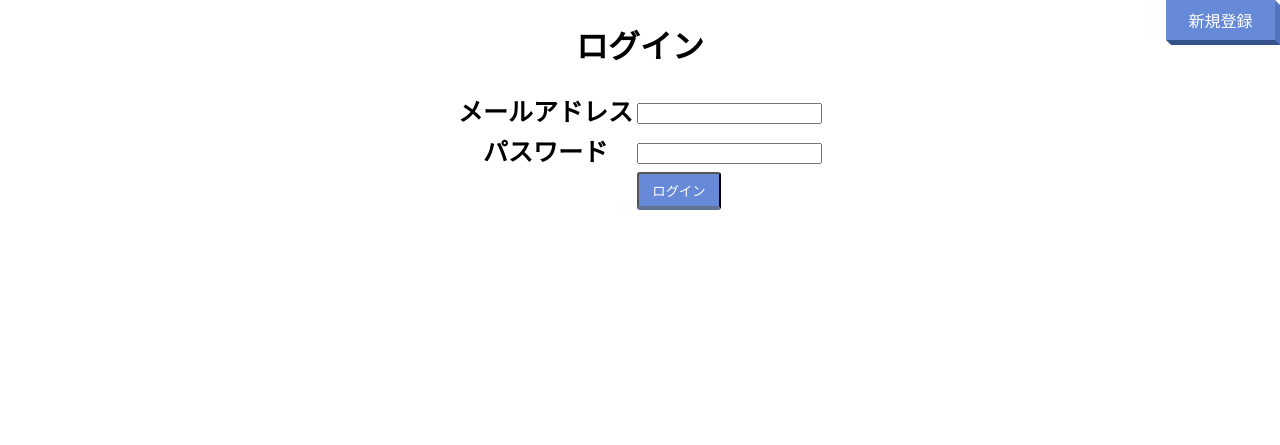
Repository: kawaguchi-mizuki/ntmc
Page: http://localhost/movie/login
These files come from the project's save history. The page is drawn as it stood at one moment and after the next save; the edit follows.
The browser window is 1280 px wide. The pictures show the whole page.
The page is served by Tomcat 9.

Above is the page before, as saved 2019-06-19 01:51:27.

After the next save:
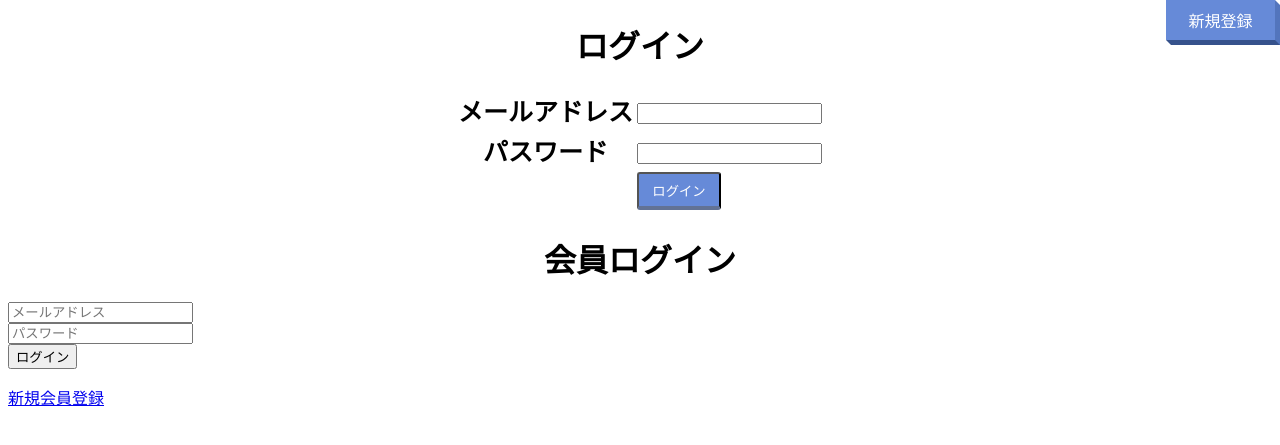
Saved 4 h 33 min later.
--- a/開発/movie/movie/WebContent/WEB-INF/jsp/login_user.jsp
+++ b/開発/movie/movie/WebContent/WEB-INF/jsp/login_user.jsp
@@ -5,7 +5,7 @@
 <head>
 <meta charset="UTF-8">
 <title>ログイン</title>
-<link  rel="stylesheet" href="css/user_login.css">
+<link rel="stylesheet" href="css/user_login.css">
 </head>
 <body>
 	<% String errflg = request.getParameter("errflg");
@@ -38,5 +38,28 @@
 			</tr>
 		</table>
 	</form>
+
+	<div class="form-wrapper">
+		<h1>会員ログイン</h1>
+		<form action="auth" method="POST">
+			<div class="form-item">
+				<label for="email"></label> <input type="email" name="mail"
+					required="required" placeholder="メールアドレス"></input>
+			</div>
+			<div class="form-item">
+				<label for="password"></label> <input type="password"
+					name="password" required="required" placeholder="パスワード"></input>
+			</div>
+			<div class="button-panel">
+				<input type="submit" class="button" title="Sign In" value="ログイン"></input>
+			</div>
+		</form>
+		<div class="form-footer">
+			<p>
+				<a href="adduser">新規会員登録</a>
+			</p>
+		</div>
+	</div>
+
 </body>
 </html>
